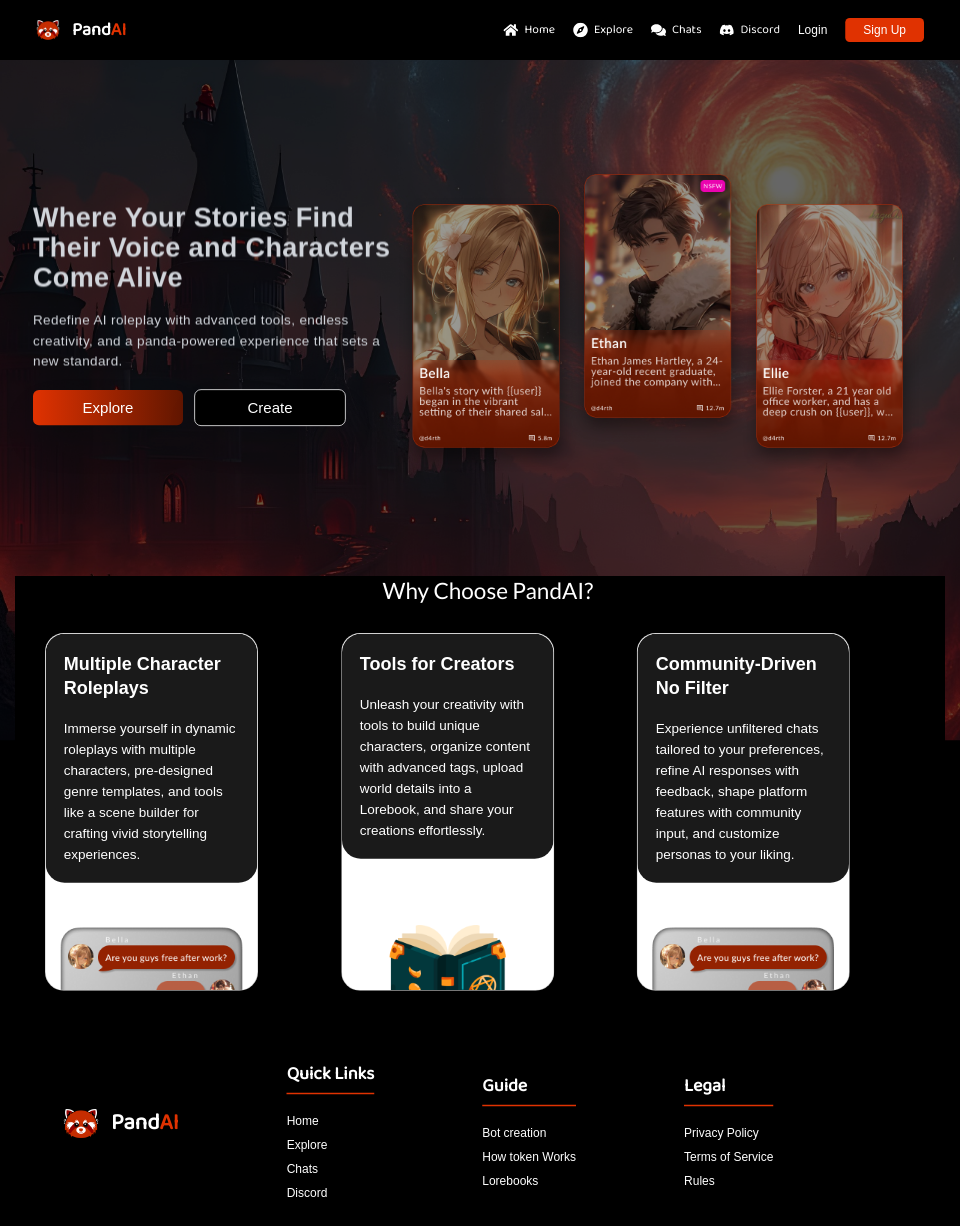
Repository: PandamoniumAI/Pandamonium
Page: /preview
An editor plug-in stored every save of this project. The page is shown before and after a run of saves, followed by the edit.
The browser window is 1280 px wide. The pictures show the whole page, at 75% of full size.
Some web libraries are served in a nearby version. The project was rebuilt for these pictures with package versions that can differ from the ones it lists, and the page was loaded fresh each time. Also part of the build but not shown: vite.config.js, src/Utils/Utils.js, src/Components/SearchBar/SearchBar.jsx, src/Components/CSS/CharacterCard.css, src/Components/CharacterCard/CharacterCard.jsx, src/Components/CSS/CharacterCardModal.css, src/Components/CharacterCardModal/CharacterCardModal.jsx, src/Components/CSS/Tags.css and 15 more.

Above is the page before, as saved 2025-01-01 22:01:51.

After the next 2 saves:
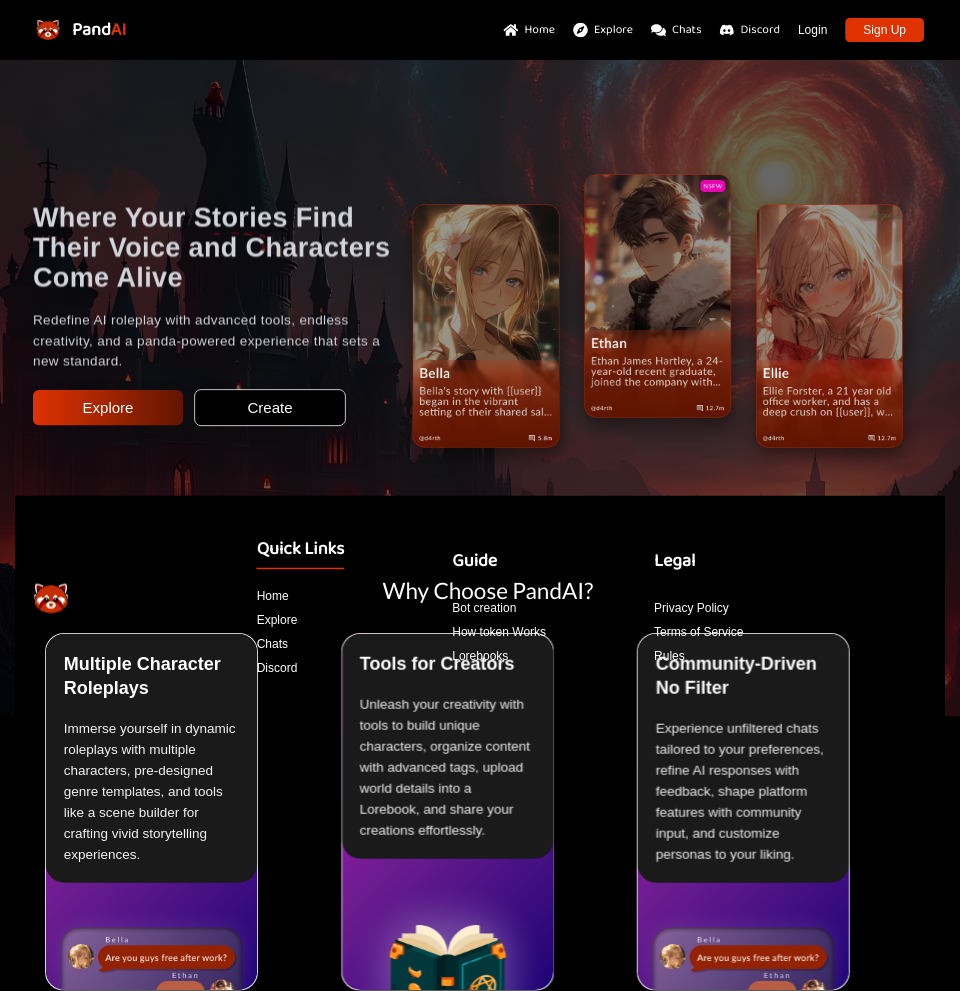
The 2 saves are shown as one change because 1 did not build or start.
The last was saved 3 min 53 s later.
--- a/src/Preview/Preview.jsx
+++ b/src/Preview/Preview.jsx
@@ -93,73 +93,74 @@
 </div>
 
 
-      <div className="info px-10 relative bg-black" style={{top: "700px"}}>
-        <div className="infotext mb-8 text-white">
-          <h1 className="text-3xl font-lato text-white ml-[450px]">
-            Why Choose PandAI?
-          </h1>
-
-          <div className="cards grid grid-cols-1 md:grid-cols-3 gap-6 mt-10">
-            {[
-              "Multiple Character Roleplays",
-              "Tools for Creators",
-              "Community-Driven No Filter",
-            ].map((title, index) => (
-              <div
-                key={index}
-                className="card relative flex flex-col justify-between w-[284px] h-[477px] rounded-[25px] overflow-hidden"
-                onMouseMove={(e) => handleCardHover(e, e.currentTarget)}
-              >
-                <div
-                  className="absolute inset-0 -z-10 rounded-[25px]"
-                  style={{
-                    background:
-                      "linear-gradient(135deg, #BF18C2, #6B1C8F, #1D0375)",
-                    position: "absolute",
-                    top: 0,
-                    left: 0,
-                    right: 0,
-                    bottom: 0,
-                    borderRadius: "25px",
-                    padding: "2px",
-                  }}
-                />
-                <div className="content p-6 bg-[#1A1A1A] flex flex-col justify-between h-full rounded-[25px]">
-                  <h2 className="text-2xl font-semibold mb-4 text-white">
-                    {title}
-                  </h2>
-                  <p className="text-lg text-white">
-                    {index === 0
-                      ? "Immerse yourself in dynamic roleplays with multiple characters, pre-designed genre templates, and tools like a scene builder for crafting vivid storytelling experiences."
-                      : index === 1
-                        ? "Unleash your creativity with tools to build unique characters, organize content with advanced tags, upload world details into a Lorebook, and share your creations effortlessly."
-                        : "Experience unfiltered chats tailored to your preferences, refine AI responses with feedback, shape platform features with community input, and customize personas to your liking."}
-                  </p>
-                </div>
-                <div className="image-container mt-4">
-                  {index === 0 ? (
-                    <img
-                      src={Chatcard}
-                      alt="Roleplay"
-                      className="w-full rounded-[25px]"
-                    />
-                  ) : index === 1 ? (
-                    <img
-                      src={Book}
-                      alt="Creator Tools"
-                      className="w-full rounded-[25px]"
-                    />
-                  ) : (
-                    <img
-                      src={Roleplay}
-                      alt="Community"
-                      className="w-full rounded-[25px]"
-                    />
-                  )}
-                </div>
-              </div>
-            ))}
+<div className="info px-10 relative bg-black animate__animated animate__fadeInUp animate__delay-1s" style={{ top: "700px" }}>
+  <div className="infotext mb-8 text-white">
+    <h1 className="text-3xl font-lato text-white ml-[450px] animate__animated animate__fadeIn animate__delay-2s">
+      Why Choose PandAI?
+    </h1>
+
+    <div className="cards grid grid-cols-1 md:grid-cols-3 gap-6 mt-10">
+      {[
+        "Multiple Character Roleplays",
+        "Tools for Creators",
+        "Community-Driven No Filter",
+      ].map((title, index) => (
+        <div
+          key={index}
+          className="card relative flex flex-col justify-between w-[284px] h-[477px] rounded-[25px] overflow-hidden animate__animated animate__fadeIn animate__delay-3s"
+          onMouseMove={(e) => handleCardHover(e, e.currentTarget)}
+        >
+          <div
+            className="absolute inset-0 -z-10 rounded-[25px]"
+            style={{
+              background: "linear-gradient(135deg, #BF18C2, #6B1C8F, #1D0375)",
+              position: "absolute",
+              top: 0,
+              left: 0,
+              right: 0,
+              bottom: 0,
+              borderRadius: "25px",
+              padding: "2px",
+            }}
+          />
+          <div className="content p-6 bg-[#1A1A1A] flex flex-col justify-between h-full rounded-[25px] transition-all duration-300 ease-in-out transform hover:scale-105 hover:shadow-xl">
+            <h2 className="text-2xl font-semibold mb-4 text-white animate__animated animate__fadeIn animate__delay-4s">
+              {title}
+            </h2>
+            <p className="text-lg text-white animate__animated animate__fadeIn animate__delay-5s">
+              {index === 0
+                ? "Immerse yourself in dynamic roleplays with multiple characters, pre-designed genre templates, and tools like a scene builder for crafting vivid storytelling experiences."
+                : index === 1
+                  ? "Unleash your creativity with tools to build unique characters, organize content with advanced tags, upload world details into a Lorebook, and share your creations effortlessly."
+                  : "Experience unfiltered chats tailored to your preferences, refine AI responses with feedback, shape platform features with community input, and customize personas to your liking."}
+            </p>
           </div>
+          <div className="image-container mt-4">
+            {index === 0 ? (
+              <img
+                src={Chatcard}
+                alt="Roleplay"
+                className="w-full rounded-[25px] transition-all duration-300 transform hover:scale-110 hover:opacity-80"
+              />
+            ) : index === 1 ? (
+              <img
+                src={Book}
+                alt="Creator Tools"
+                className="w-full rounded-[25px] transition-all duration-300 transform hover:scale-110 hover:opacity-80"
+              />
+            ) : (
+              <img
+                src={Roleplay}
+                alt="Community"
+                className="w-full rounded-[25px] transition-all duration-300 transform hover:scale-110 hover:opacity-80"
+              />
+            )}
+          </div>
+        </div>
+      ))}
+    </div>
+  </div>
+</div>
 
           <div className="Footer bg-black py-8 px-6 mt-10 flex items-center justify-start space-x-36">
             <div className="flex items-center">
@@ -228,7 +229,5 @@
             </div>
           </div>
         </div>
-      </div>
-    </div>
   );
 }
